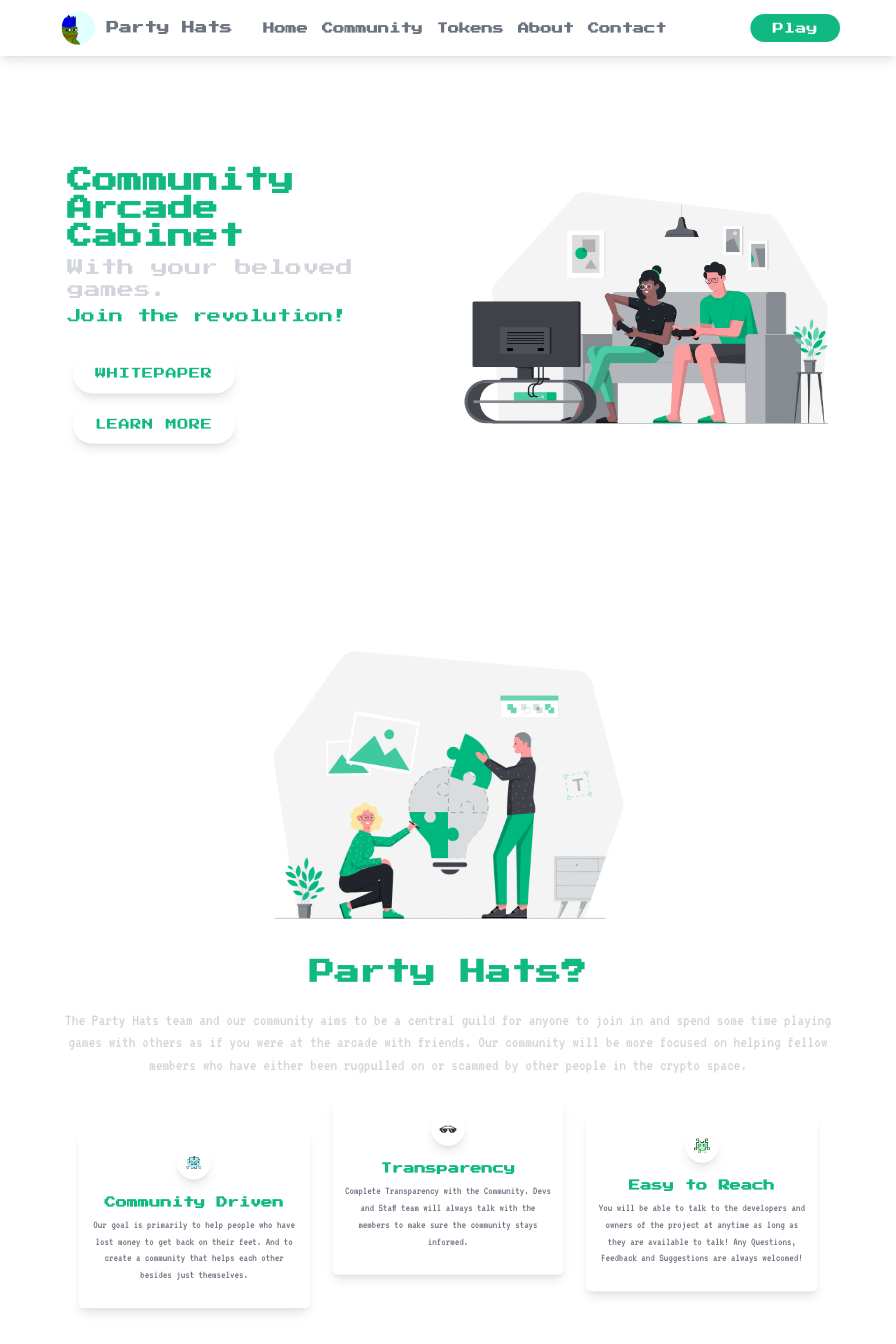
Repository: rhinorphan/phat-landing-page
Page: /
The author's editor kept a copy of each file at every save. The page is drawn from the files as they stood at one save, then again after the next save.
The browser window is 1280 px wide. The pictures show the part of the page from y = 0 to 1920 px (the page is 4206 px tall), at 70% of full size.
The project was rebuilt for these pictures with package versions that can differ from the ones it lists, and the page was loaded fresh each time. Also part of the build but not shown: craco.config.js.

Above is the page before, as saved 2021-11-17 23:39:09.

After the next save:
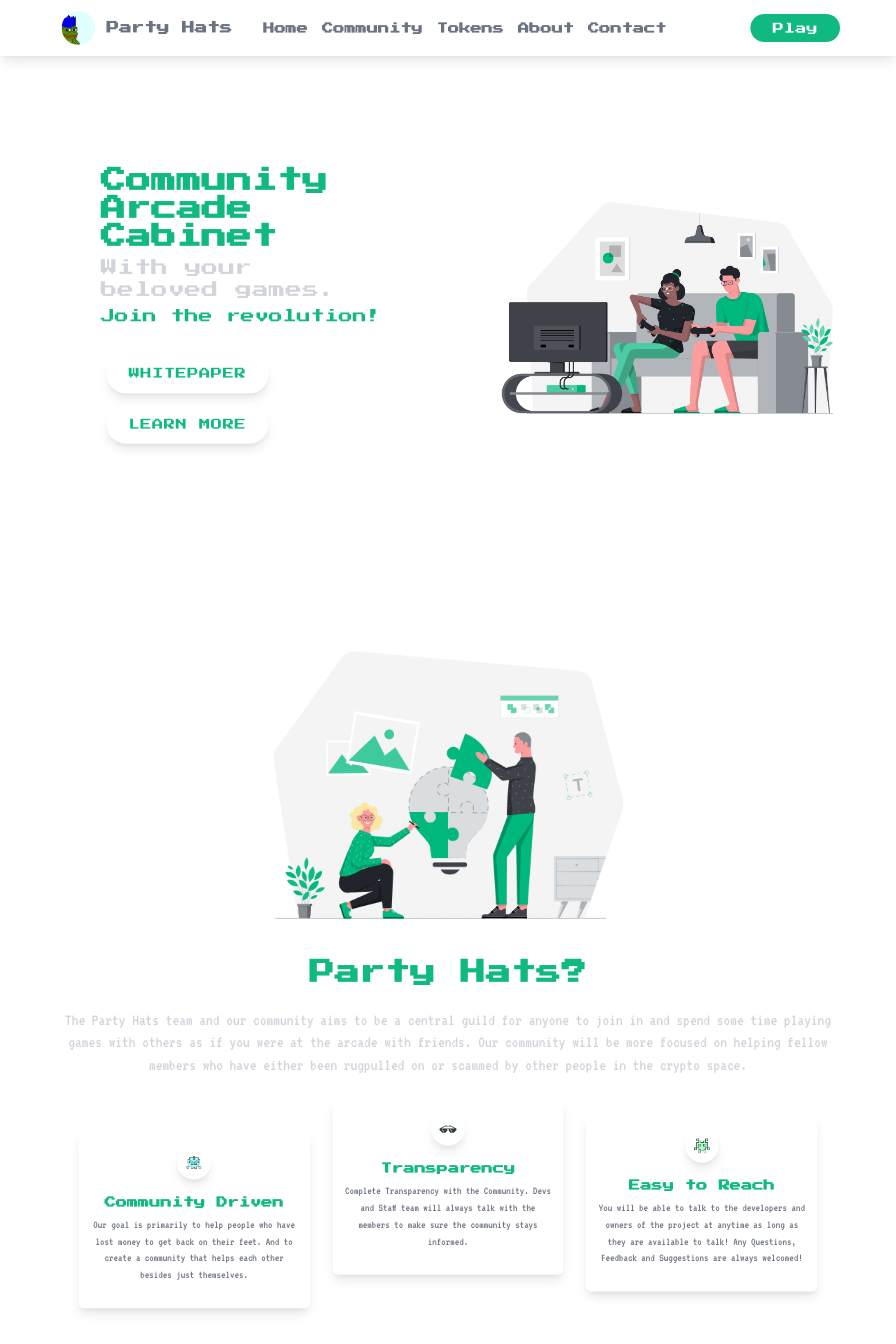
Saved 7 s later.
--- a/src/components/Landing.js
+++ b/src/components/Landing.js
@@ -4,7 +4,7 @@ import { Link, animateScroll as scroll } from "react-scroll";
 function Landing() {
   return (
     <section className="grid text-center md:flex md:text-left items-center justify-center h-screen py-10 px-4" name="landing">
-      <div class="mx-20">
+      <div class="mx-32">
         <h2 class="text-4xl  font-bold mb-2 text-green-500">
           Community Arcade Cabinet
         </h2>
